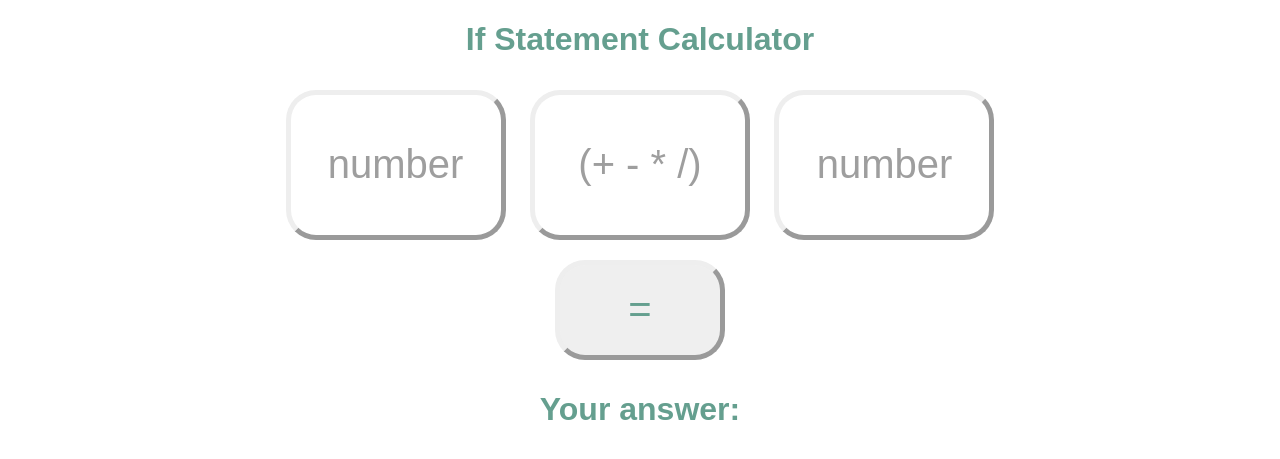
Repository: WesleyErasmus/threeInputCalculator
Page: html/if-calculator.html
An editor plug-in stored every save of this project. The page is shown before and after the next save, followed by the edit.
The browser window is 1280 px wide. The pictures show the whole page.

Above is the page before, as saved 2022-04-27 22:44:03.

After the next save:
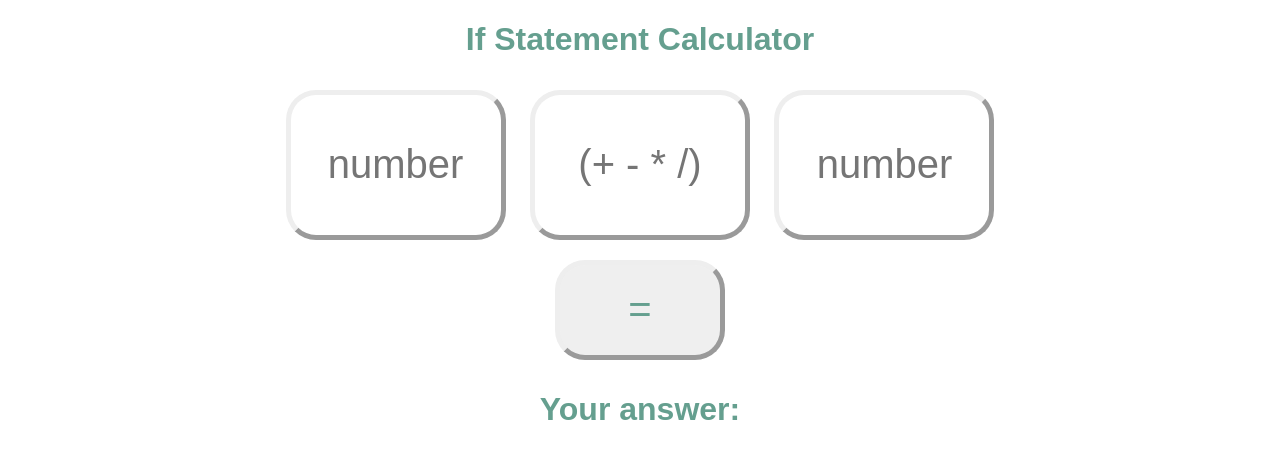
Saved 18 s later.
--- a/css/stylesheet.css
+++ b/css/stylesheet.css
@@ -40,5 +40,5 @@ p {
     color: #d5613a;
 }
 ::placeholder {
-    color: #9e9e9e;
+    /* color: #9e9e9e; */
 }

After the save that followed:
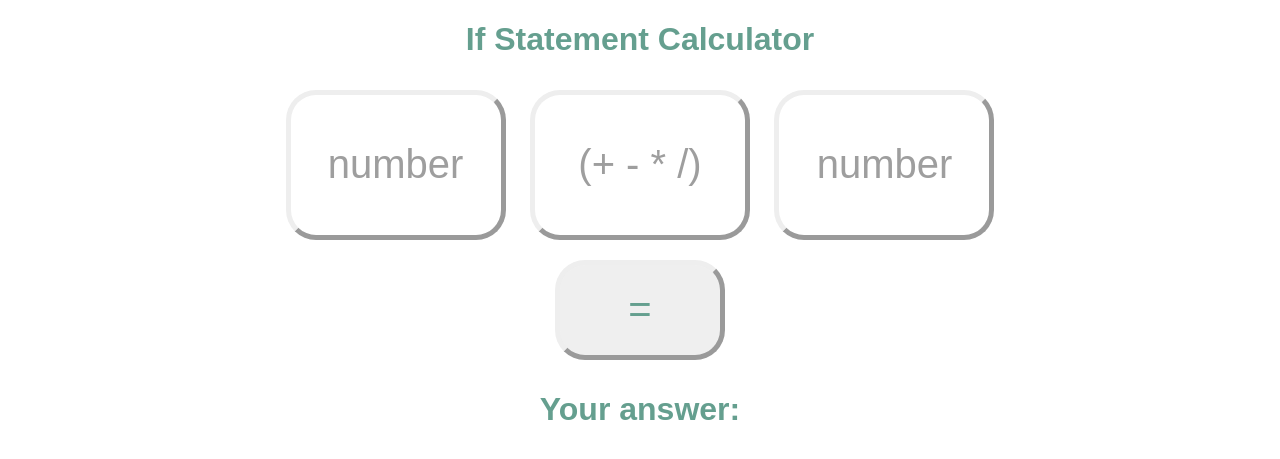
Saved 10 s later.
--- a/css/stylesheet.css
+++ b/css/stylesheet.css
@@ -40,5 +40,5 @@ p {
     color: #d5613a;
 }
 ::placeholder {
-    /* color: #9e9e9e; */
+    color: #9e9e9e;
 }
